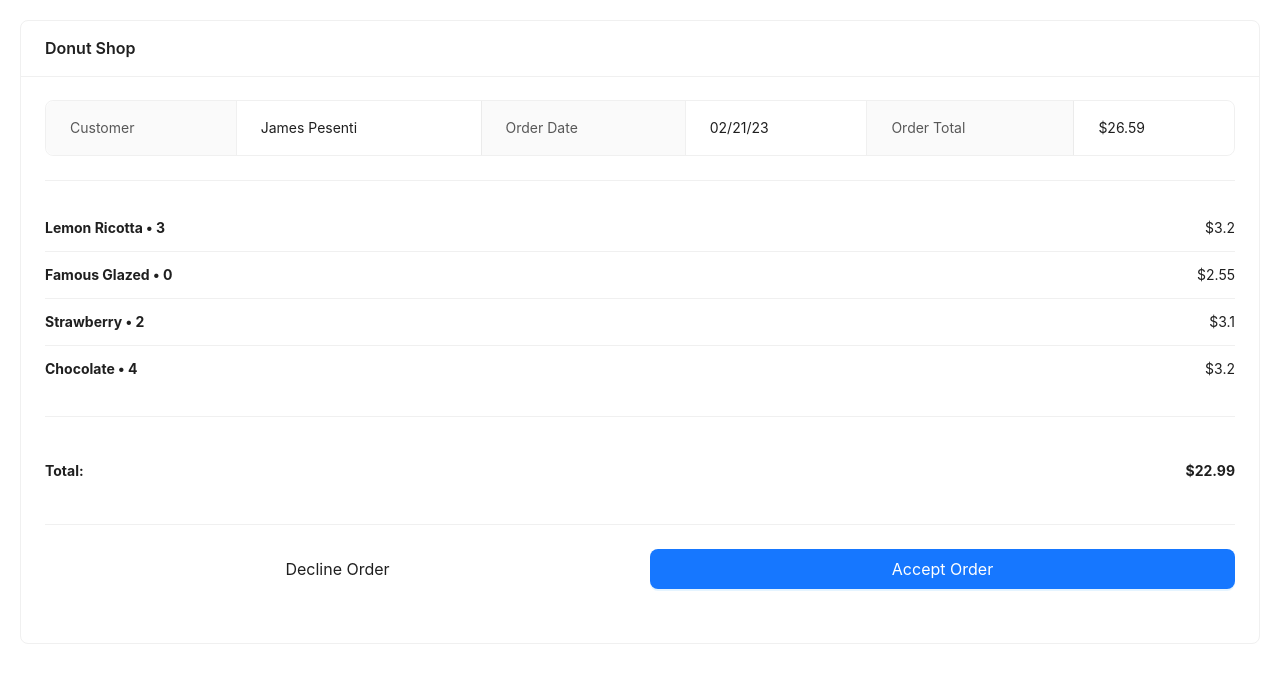
Repository: JamesPesenti/DonutShopDashboard
Page: /settings
An editor plug-in stored every save of this project. The page is shown before and after the next save, followed by the edit.
The browser window is 1280 px wide. The pictures show the whole page.
The project was rebuilt for these pictures with package versions that can differ from the ones it lists, and the page was loaded fresh each time.

Above is the page before, as saved 2023-03-22 14:34:44.

### src/App.js
import { Card, Descriptions, Divider, List, Button } from "antd"
import donuts from "../src/data/donuts"

function App() {
  return (
    <>
      <Card style={{ margin: 20 }} title={"Donut Shop"}>
        <Descriptions bordered column={{lg: 1, md: 1, sm: 1}}>
          <Descriptions.Item label="Customer">
            James Pesenti
          </Descriptions.Item>
          <Descriptions.Item label="Order Date">
            02/21/23
          </Descriptions.Item>
          <Descriptions.Item label="Order Total">
            $26.59
          </Descriptions.Item>
        </Descriptions>
        <Divider />
        <List
          dataSource={donuts}
          renderItem={(donutItem) => (
            <List.Item>
              <div style={{fontWeight: "bold"}}>{donutItem.flavor}   &#8226; {donutItem.quantity}</div>
              <div>${donutItem.price}</div>
            </List.Item>
          )}
        />
        <Divider />
        <div style={styles.totalContainer}>
          <h4>Total:</h4>
          <h4 style={styles.price}>$22.99</h4>
        </div>
        <Divider />
        <div style={styles.buttonsContainer}>
          <Button style={styles.button} block type="danger" size="large">
            Decline Order
          </Button>
          <Button block type="primary" size="large">
            Accept Order
          </Button>
        </div>
      </Card>
    </>
  );
}

const styles = {
  totalContainer: {
    display: "flex",
    flexDirection: "row",
  },
  price: {
    marginLeft: "auto",
  },
  buttonsContainer: {
    display: "flex",
    flexDirection: "row",
    marginHorizontal: 50,
    paddingBottom: 30
  },
  button: {
    marginRight: 20
  }
}

export default App;

### src/data/donuts.js
export default [
    {
        flavor: "Lemon Ricotta",
        image: "https://t3.ftcdn.net/jpg/04/90/71/94/240_F_490719448_y4LhTnor5VL2gk9DYhwIw3ZRcZQ1beeD.jpg",
        price: 3.20,
        avgRating: 4.8,
        calories: 190,
        quantity: 3,
        descriptiion: "Made with fresh ricotta and lemon zest",
    },
    {
        flavor: "Famous Glazed",
        image: "https://t3.ftcdn.net/jpg/00/70/16/96/240_F_70169698_gr2Xm6hqPIFLC2kAsjOVRATbBLVDZLn5.jpg",
        price: 2.55,
        avgRating: 4.7,
        calories: 242,
        quantity: 0,
        descriptiion: "Our famous, made fresh everyday glazed",
    },
    {
        flavor: "Strawberry",
        image: "https://t3.ftcdn.net/jpg/00/20/33/94/240_F_20339434_0DNEcWb7vTsrpw1g2tSHmrFc3Fh5G9C6.jpg",
        price: 3.10,
        avgRating: 4.6,
        calories: 189,
        quantity: 2,
        descriptiion: "Made with organic strawberries from florida",
    },
    {
        flavor: "Chocolate",
        image: "https://t3.ftcdn.net/jpg/02/54/64/44/240_F_254644452_0dCYufJiJP5Aw3LxX8x0hzlicqYsb5HR.jpg",
        price: 3.20,
        avgRating: 4.7,
        calories: 297,
        quantity: 4,
        descriptiion: "Tastes like a slice of chocolate cake!",
    },
]

Loaded but not shown: public/index.html (common file); src/index.js (common file); src/index.css (common file)

After the next save:
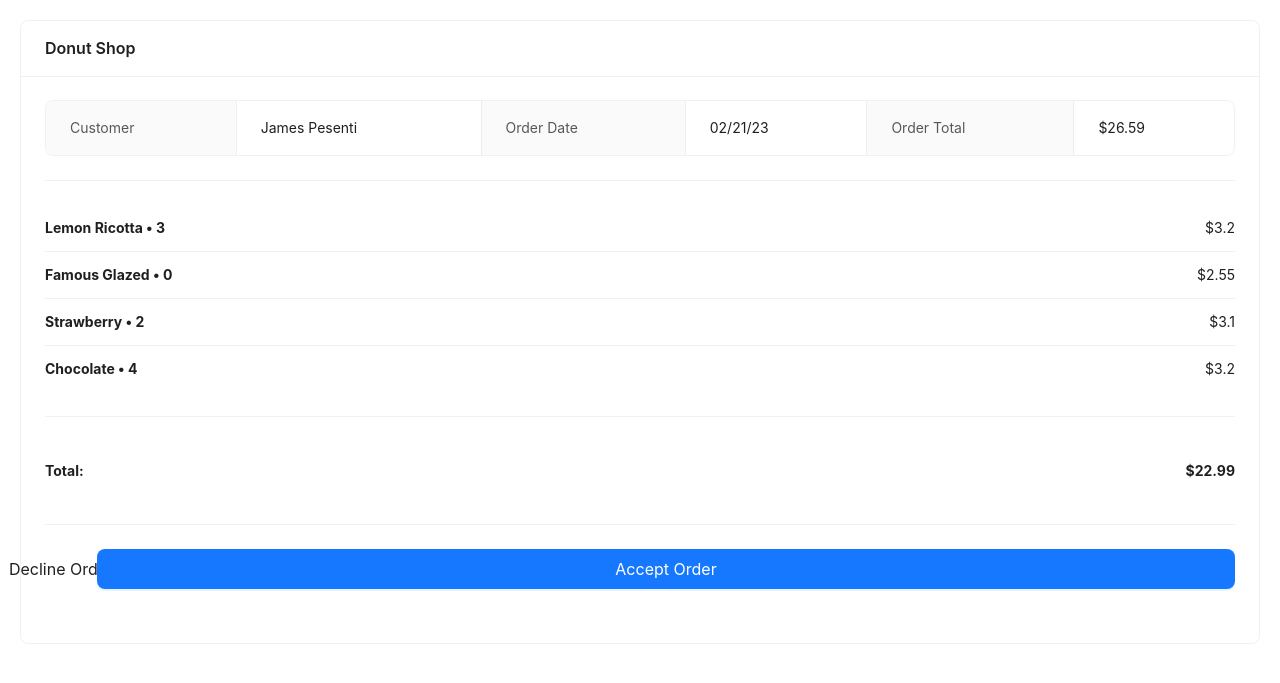
Saved 16 s later.
--- a/src/App.js
+++ b/src/App.js
@@ -60,7 +60,8 @@ const styles = {
     paddingBottom: 30
   },
   button: {
-    marginRight: 20
+    marginRight: 20,
+    width: 20
   }
 }
 
